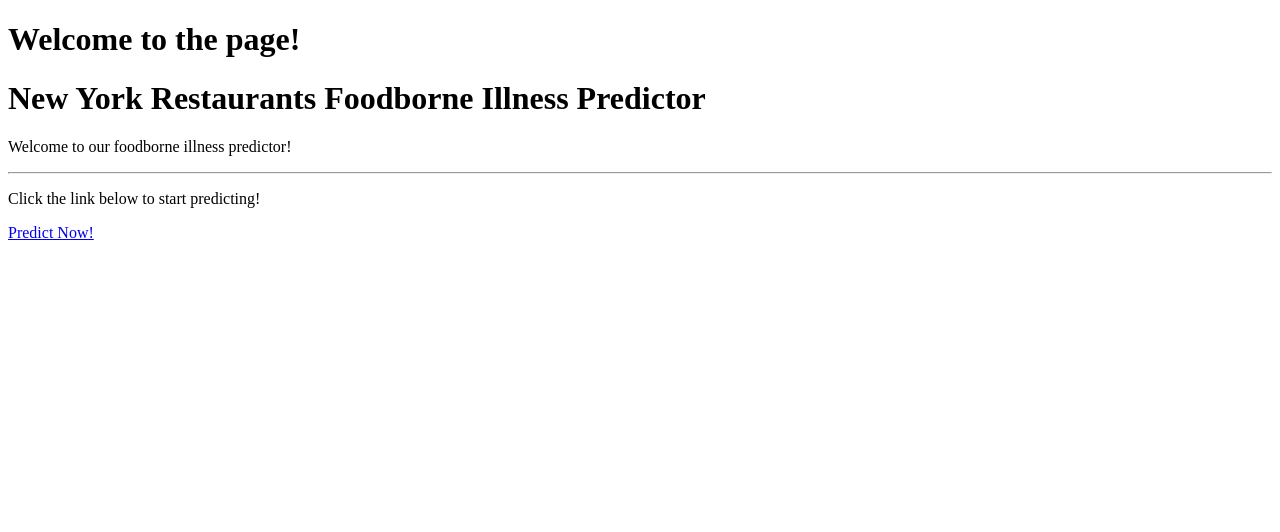
Repository: bringesh2001/Food-Borne-Illness-prediction-in-NewYork-Restaurants
Page: templates/home.html
These files come from the project's save history. The page is drawn as it stood at one moment and after the next save; the edit follows.
The browser window is 1280 px wide. The pictures show the whole page.
The template is drawn by Flask 3. The application's start-up code is not run. Other server files are loaded and not shown. The template is opened directly, without the code that normally fills it, so the values that code supplies are empty.

Above is the page before, as saved 2024-08-16 10:10:36.

### templates/home.html
{% extends "layout.html" %} {% block content %}
<div class="container">
    <div class="jumbotron">
        <h1 class="display-4">New York Restaurants Foodborne Illness Predictor</h1>
        <p class="lead">Welcome to our foodborne illness predictor!</p>
        <hr class="my-4">
        <p>Click the link below to start predicting!</p>
        <a class="btn btn-primary btn-lg" href="{{ url_for('predict') }}" role="button">Predict Now!</a>
    </div>
</div>
{% endblock content %}

### templates/layout.html
<!DOCTYPE html>
<html lang="en">

<head>
    <meta charset="UTF-8">
    <meta name="viewport" content="width=device-width, initial-scale=1.0">
    <title>{{ title }}</title>
</head>

<body>
    <h1>Welcome to the {{ title }} page!</h1>

    {% with messages = get_flashed_messages() %} {% if messages %} {% for message in messages %}
    <div>{{ message }}</div>
    {% endfor %} {% endif %} {% endwith %} {% block content %} {% endblock %}
</body>

</html>

After the next save:
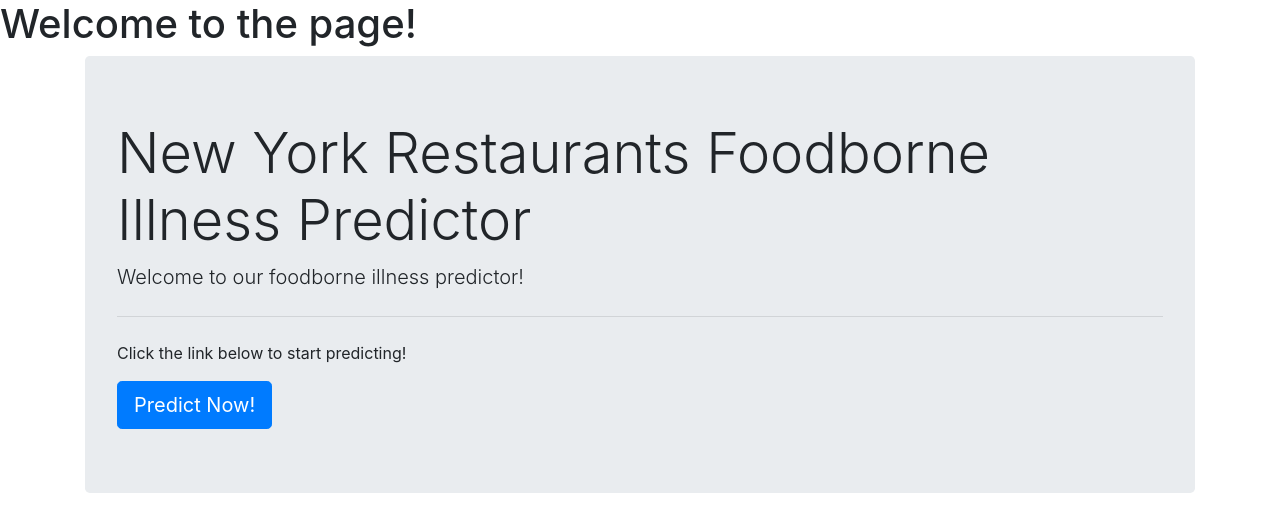
Saved 79 s later.
--- a/templates/home.html
+++ b/templates/home.html
@@ -1,4 +1,5 @@
 {% extends "layout.html" %} {% block content %}
+<link rel="stylesheet" href="https://maxcdn.bootstrapcdn.com/bootstrap/4.0.0/css/bootstrap.min.css">
 <div class="container">
     <div class="jumbotron">
         <h1 class="display-4">New York Restaurants Foodborne Illness Predictor</h1>
